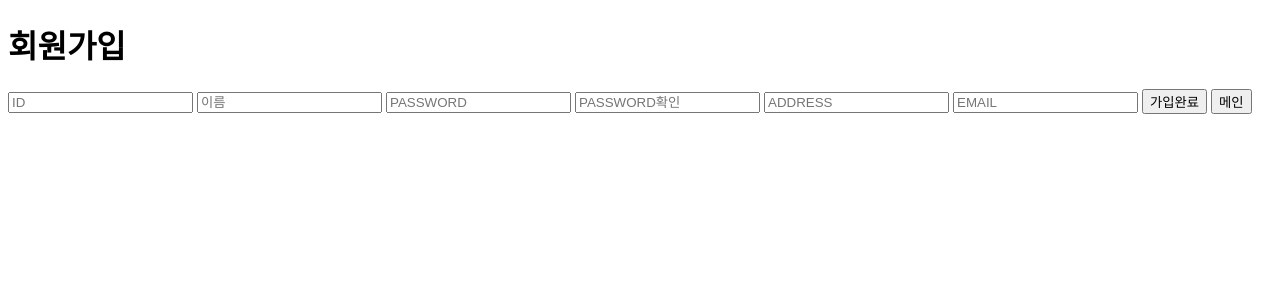
Repository: Junvelop/hkdevelope
Page: http://localhost/04_hklogin_MVC1/registform.jsp
The author's editor kept a copy of each file at every save. The page is drawn from the files as they stood at one save, then again after the next save.
The browser window is 1280 px wide. The pictures show the whole page.
The page is served by Tomcat 9. Other server files are loaded and not shown.

Above is the page before, as saved 2024-09-10 00:33:41.

### Downloads/back_end_edu20240624-master (1)/04_hklogin_MVC1/src/main/webapp/registform.jsp
<%@ page language="java" contentType="text/html; charset=EUC-KR"
    pageEncoding="EUC-KR"%>
<!DOCTYPE html>
<html>
<head>
<meta charset="EUC-KR">
<title>회원가입 폼</title>
</head>
<body>
<div>
	<h1>회원가입</h1>
	<form action = "userController.jsp" method = "post" onsubmit = "return isPW(this)">
	<input type = "hidden" name = "command" value = "adduser"/>
	<input type = "text" name = "id" placeholder="ID" required = "required"/>
	<input type = "text" name = "name" placeholder="이름" required = "required"/>
	<input type = "password" name = "password" placeholder="PASSWORD" required = "required"/>
	<input type = "password" name = "password2" placeholder="PASSWORD확인" required = "required"/>
	<input type = "text" name = "address" placeholder="ADDRESS" required = "required"/>
	<input type = "email" name = "email" placeholder="EMAIL" required = "required"/>
	<button type = "submit">가입완료</button>
	<button type = "button" onclick = "location.href = 'index.jsp'">메인</button>
	</form>
</div>
<script type = "text/javascript">
function isPW(formEle){ //파라미터는 form 엘리먼트 전달 받음 안 그러면 var foremEle = document.getElementByTagName("form")[0]을 써야함
	if(formEle.paswword.value!=foremEle.password2.value){
		alert("비밀번호를 확인하세요");
		formEle.password.value=""; // 비밀번호 초기화
		formEle.password2.value="";
		formEle.password.focus(); //비밀번호 바로 입력할 수 있도록 유도 -> 커서 넣기
		return false; // false 반환해줘야 submit 취소할 수 있다.

	}


}
</script>
</body>
</html>

After the next save:
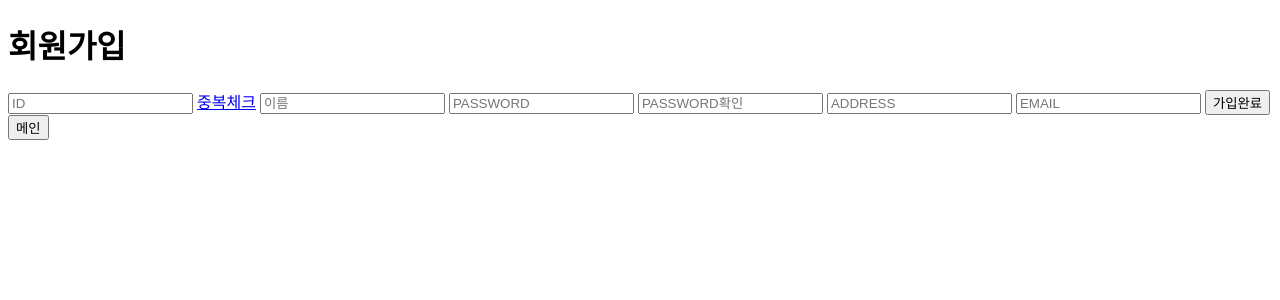
Console error: SyntaxError: Unexpected token 'if'
Saved 12 min 11 s later.
--- a/Downloads/back_end_edu20240624-master (1)/04_hklogin_MVC1/src/main/webapp/registform.jsp
+++ b/Downloads/back_end_edu20240624-master (1)/04_hklogin_MVC1/src/main/webapp/registform.jsp
@@ -12,6 +12,7 @@
 	<form action = "userController.jsp" method = "post" onsubmit = "return isPW(this)">
 	<input type = "hidden" name = "command" value = "adduser"/>
 	<input type = "text" name = "id" placeholder="ID" required = "required"/>
+	<a href = "#" onclick = "idChk()">중복체크</a>
 	<input type = "text" name = "name" placeholder="이름" required = "required"/>
 	<input type = "password" name = "password" placeholder="PASSWORD" required = "required"/>
 	<input type = "password" name = "password2" placeholder="PASSWORD확인" required = "required"/>
@@ -28,8 +29,17 @@ function isPW(formEle){ //파라미터는 form 엘리먼트 전달 받음 안
 		formEle.password.value=""; // 비밀번호 초기화
 		formEle.password2.value="";
 		formEle.password.focus(); //비밀번호 바로 입력할 수 있도록 유도 -> 커서 넣기
-		return false; // false 반환해줘야 submit 취소할 수 있다.
+		return false; // false 반환해줘야 submit 취소할 수 있다. (지금페이지를 유지한다는 것)
 
+	}
+
+	function idChk(){
+		var id = document.getElementsByName("id")[0].value;
+		if(if==""){
+			alert("아이디를 입력하세요");
+		}else{
+			window.open("userController.jsp?command=idchk&id="+id,"아이디확인","width=300px,height=300px");
+		}
 	}
 
 
